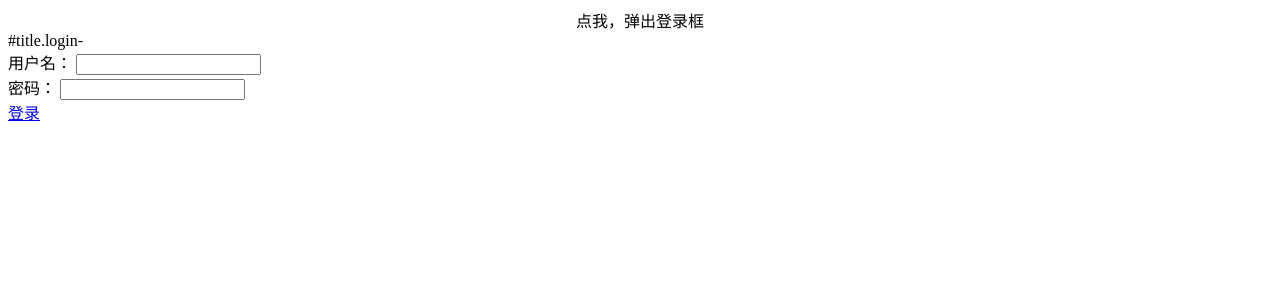
Repository: szl156/class
Page: review/javascript/test/test.html
An editor plug-in stored every save of this project. The page is shown before and after the next save, followed by the edit.
The browser window is 1280 px wide. The pictures show the whole page.

Above is the page before, as saved 2022-07-25 16:26:59.

### review/javascript/test/test.html
<!DOCTYPE html>
<html lang="en">

<head>
    <meta charset="UTF-8">
    <meta http-equiv="X-UA-Compatible" content="IE=edge">
    <meta name="viewport" content="width=device-width, initial-scale=1.0">
    <title>拟态框实现</title>
    <style>
        .login-header {
            text-align: center;
        }

        #link {
            text-decoration: none;
            color: black;
        }

        .login-input-content {
            position: absolute;
        }
    </style>
</head>

<body>
    <div class="login-header">
        <a href="javascript:;" id="link">点我，弹出登录框</a>
    </div>
    <div class="login" id="login">
        #title.login-
        <div class="login-input-content">
            <div class="login-input">
                <label for="uname">用户名：</label>
                <input type="text" id="uname" name="uname">
            </div>
            <div class="login-input">
                <label for="">密码：</label>
                <input type="password" name="psw" id="psw">
            </div>
            <div id="loginBtn" class="login-button"><a href="javascript:;">登录</a></div>
        </div>
    </div>
    <div class="login-bg" id="bg"></div>
    <script>
    </script>
</body>

</html>

After the next save:
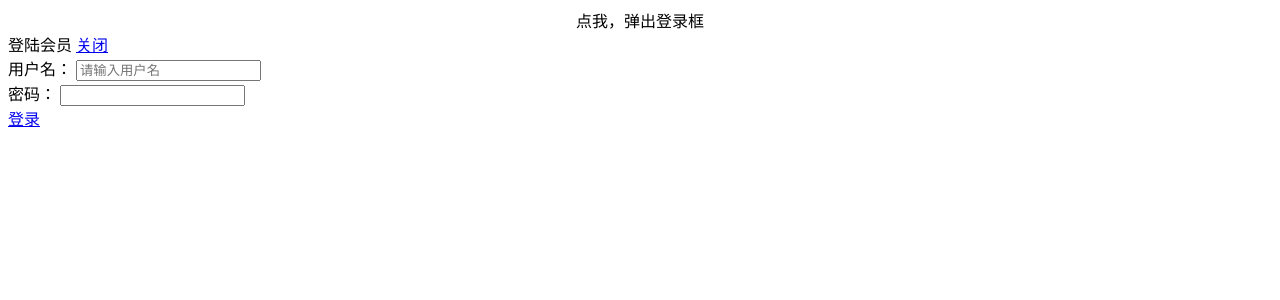
Saved 117 s later.
--- a/review/javascript/test/test.html
+++ b/review/javascript/test/test.html
@@ -27,11 +27,13 @@
         <a href="javascript:;" id="link">点我，弹出登录框</a>
     </div>
     <div class="login" id="login">
-        #title.login-
+        <div id="title" class="login-title">登陆会员
+            <span><a href="javascript:;" id="closeBtn" class="close-login">关闭</a></span>
+        </div>
         <div class="login-input-content">
             <div class="login-input">
                 <label for="uname">用户名：</label>
-                <input type="text" id="uname" name="uname">
+                <input type="text" id="uname" name="info[username]" placeholder="请输入用户名">
             </div>
             <div class="login-input">
                 <label for="">密码：</label>
